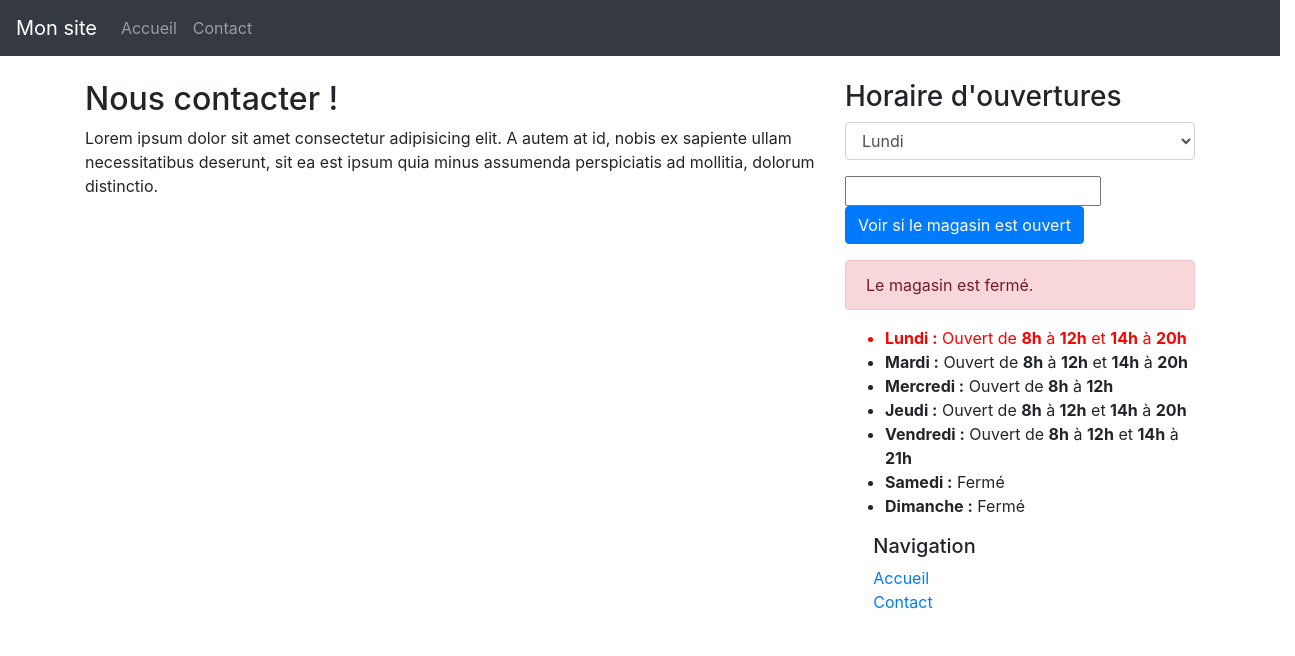
Repository: Alex-Serky/Backend_PHP
Page: http://localhost/contact.php
The author's editor kept a copy of each file at every save. The page is drawn from the files as they stood at one save, then again after the next save.
The browser window is 1280 px wide. The page is 1295 px wide, so the pictures cover 1295 px, including what lies to the right of the window. The pictures show the whole page.
Some web libraries are served in a nearby version. The page is run by PHP 8.4 with error messages shown; the project is at /var/www/html/.

Above is the page before, as saved 2020-07-20 23:22:39.

After the next save:
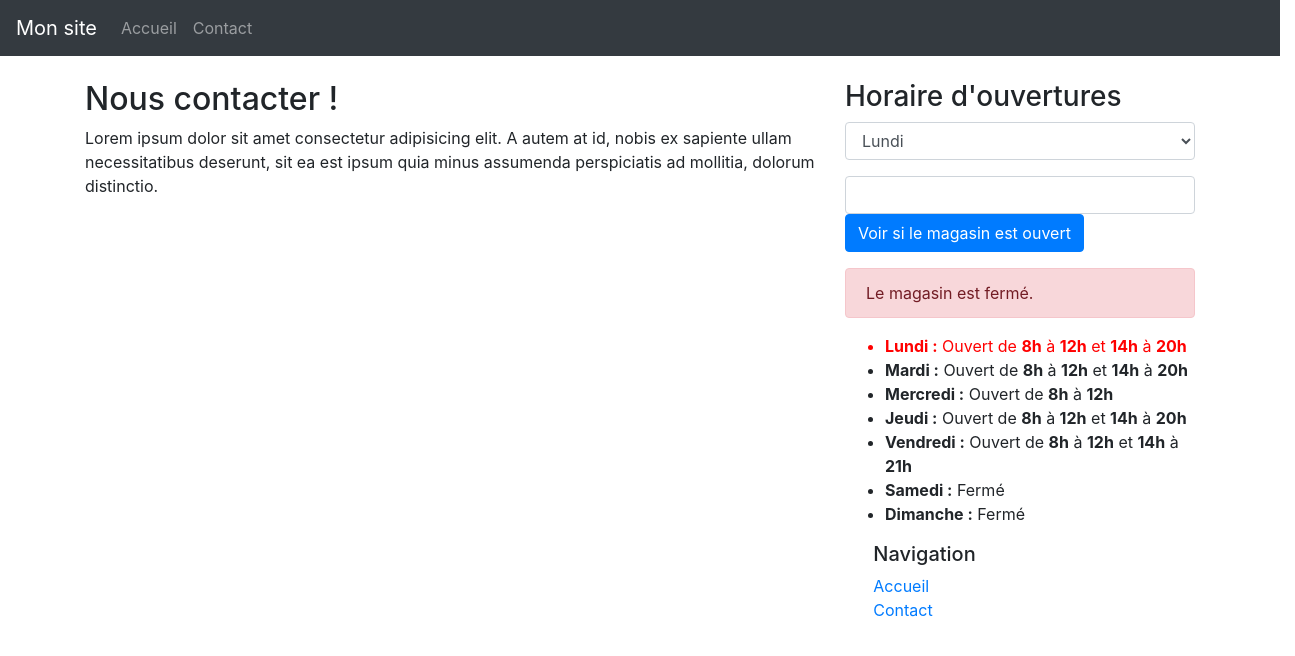
Saved 66 s later.
--- a/contact.php
+++ b/contact.php
@@ -34,7 +34,7 @@ require 'header.php';
                 </select>
             </div>
             <div class="form-group">
-                <input type="number" name="heure" value="$heure">
+                <input class="form-control" type="number" name="heure" value="$heure">
                 <button type="submit" class="btn btn-primary">Voir si le magasin est ouvert</button>
             </div>
         </form>
